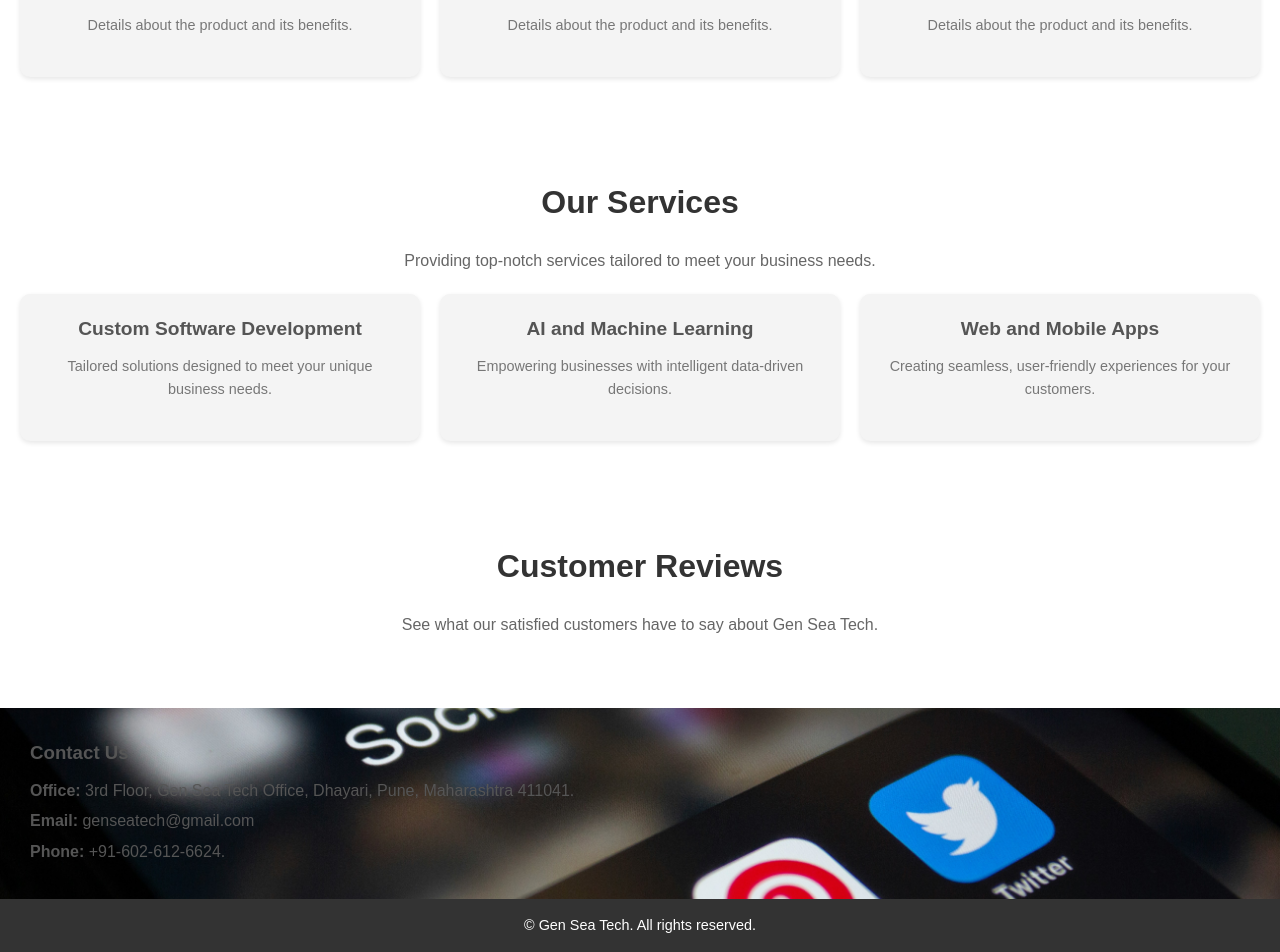
Repository: aniketkhatawkar/Gen_Sea_Tech
Page: http://localhost/GenSeaTech/
An editor plug-in stored every save of this project. The page is shown before and after the next save, followed by the edit.
The browser window is 1280 px wide. The pictures show the part of the page from y = 1418 to 2370 px (the page is 2370 px tall).
The page is served by Tomcat 10.

Above is the page before, as saved 2024-12-16 08:08:11.

After the next save:
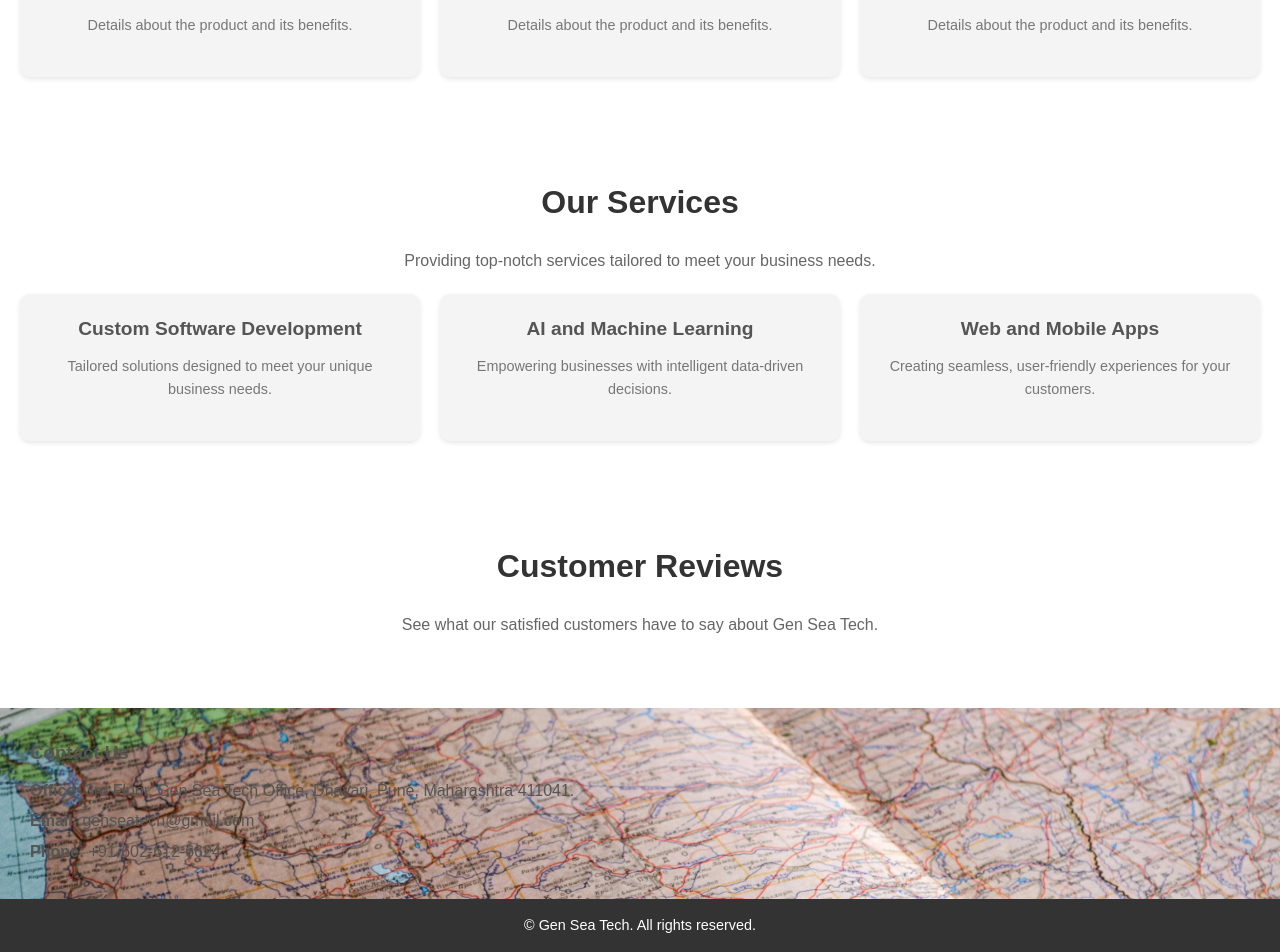
Saved 56 s later.
--- a/GenSeaTech/src/main/webapp/home.jsp
+++ b/GenSeaTech/src/main/webapp/home.jsp
@@ -122,7 +122,7 @@
 	}
 
 	.address {
-		background:  url("assets/connect.jpg") no-repeat center center;
+		background:  url("assets/contactus.jpg") no-repeat center center;
 	    background-size: cover;
 	    object-fit: cover;
 		padding: 30px;
